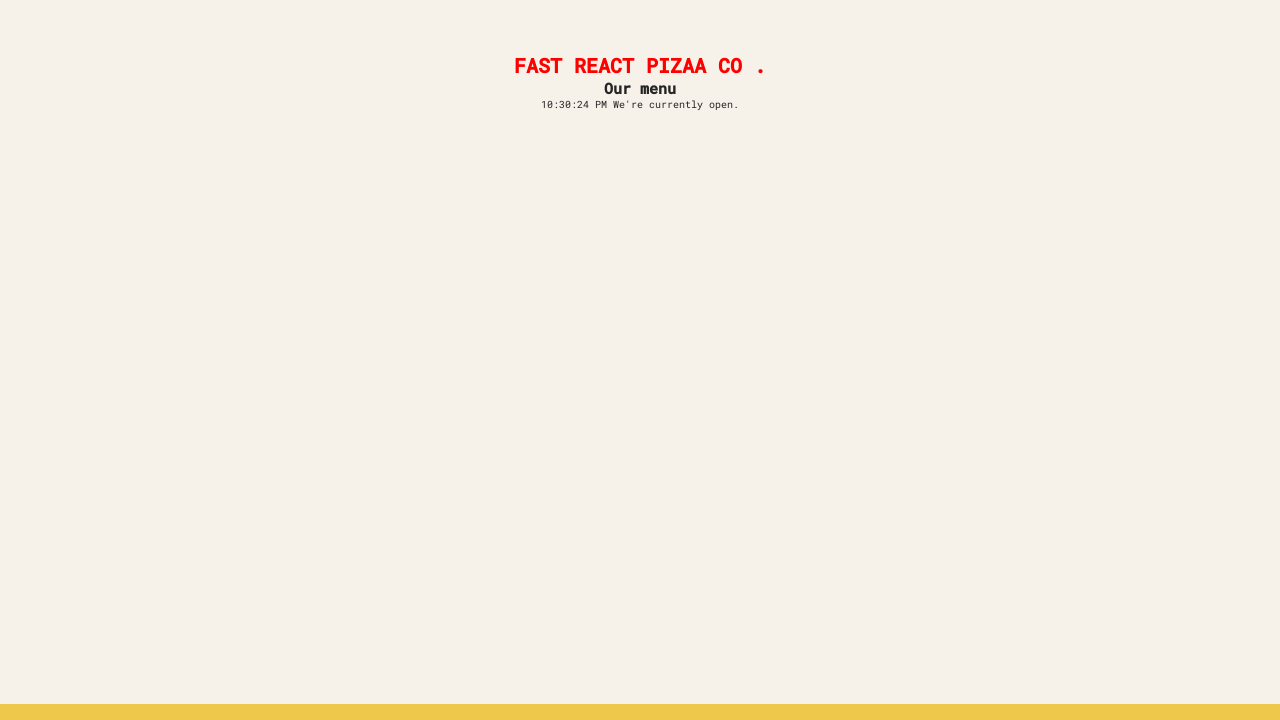
Repository: balaji-ummadisetty/reactPropsPractice
Page: /
An editor plug-in stored every save of this project. The page is shown before and after a run of saves, followed by the edit.
The browser window is 1280 px wide. The pictures show the whole page.
The project was rebuilt for these pictures with package versions that can differ from the ones it lists, and the page was loaded fresh each time. Also part of the build but not shown: vite.config.js.

Above is the page before, as saved 2024-05-08 22:37:12.

### src/App.jsx
import React from 'react';
// import reactLogo from './assets/react.svg';
// import viteLogo from './assets/vite.svg';
import './App.css';
import { pizzaData } from './data.js';

function Pizza() {

    return (
        <>
            <img src = "/pizzas/funghi.jpg" alt='Pizaa Image' />
            <h2>Pizza</h2>
        </>
    );
}

const Header= ()=>{
       return <h1 style={{color: 'red'}}>FAST REACT PIZAA CO .</h1>
}
const Menu =()=>{
    return (
        <div>
        <h2>Our menu</h2>
        </div>
    )
}
const Footer =()=>{
    const hour = new Date().getHours();
    const openHour = 12;
    const closeHour = 22;
    return <footer> {new Date().toLocaleTimeString()} We're currently {(hour>=openHour && hour<=closeHour) ? "open" : "close"}.</footer>

}
function App() {
    return (
        <div>
            <Header />
            <Menu />
            <Footer />
        </div>
    );
}

export default App;

### src/data.js
export const pizzaData = [
  {
    name: "Focaccia",
    ingredients: "Bread with italian olive oil and rosemary",
    price: 6,
    photoName: "pizzas/focaccia.jpg",
    soldOut: false,
  },
  {
    name: "Pizza Margherita",
    ingredients: "Tomato and mozarella",
    price: 10,
    photoName: "pizzas/margherita.jpg",
    soldOut: false,
  },
  {
    name: "Pizza Spinaci",
    ingredients: "Tomato, mozarella, spinach, and ricotta cheese",
    price: 12,
    photoName: "pizzas/spinaci.jpg",
    soldOut: false,
  },
  {
    name: "Pizza Funghi",
    ingredients: "Tomato, mozarella, mushrooms, and onion",
    price: 12,
    photoName: "pizzas/funghi.jpg",
    soldOut: false,
  },
  {
    name: "Pizza Salamino",
    ingredients: "Tomato, mozarella, and pepperoni",
    price: 15,
    photoName: "pizzas/salamino.jpg",
    soldOut: true,
  },
  {
    name: "Pizza Prosciutto",
    ingredients: "Tomato, mozarella, ham, aragula, and burrata cheese",
    price: 18,
    photoName: "pizzas/prosciutto.jpg",
    soldOut: false,
  },
];

Loaded but not shown: index.html (common file); src/main.jsx (common file); src/index.css (common file); src/App.css (common file)

After the next 9 saves:
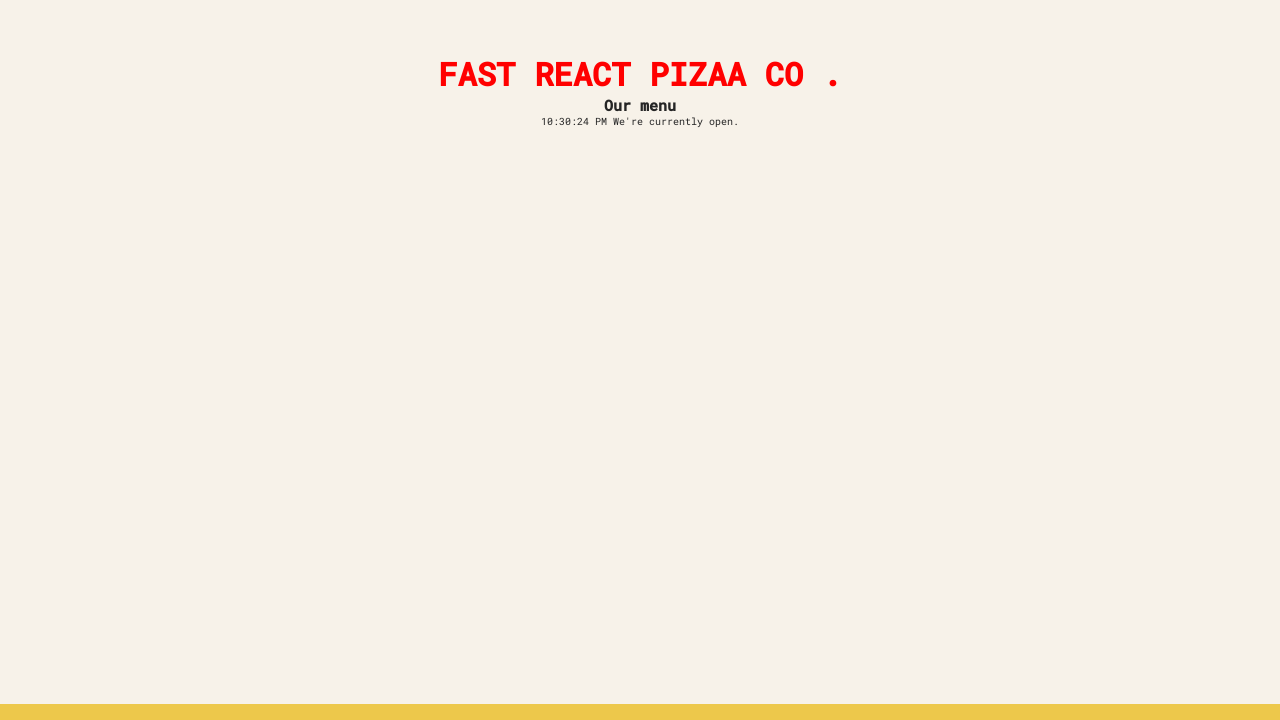
The 9 saves are shown as one change because they came seconds apart.
The last was saved 28 s later.
--- a/src/App.jsx
+++ b/src/App.jsx
@@ -15,7 +15,7 @@ function Pizza() {
 }
 
 const Header= ()=>{
-       return <h1 style={{color: 'red'}}>FAST REACT PIZAA CO .</h1>
+       return <h1 style={{color: 'red' , fontSize : '32px'}}>FAST REACT PIZAA CO .</h1>
 }
 const Menu =()=>{
     return (
